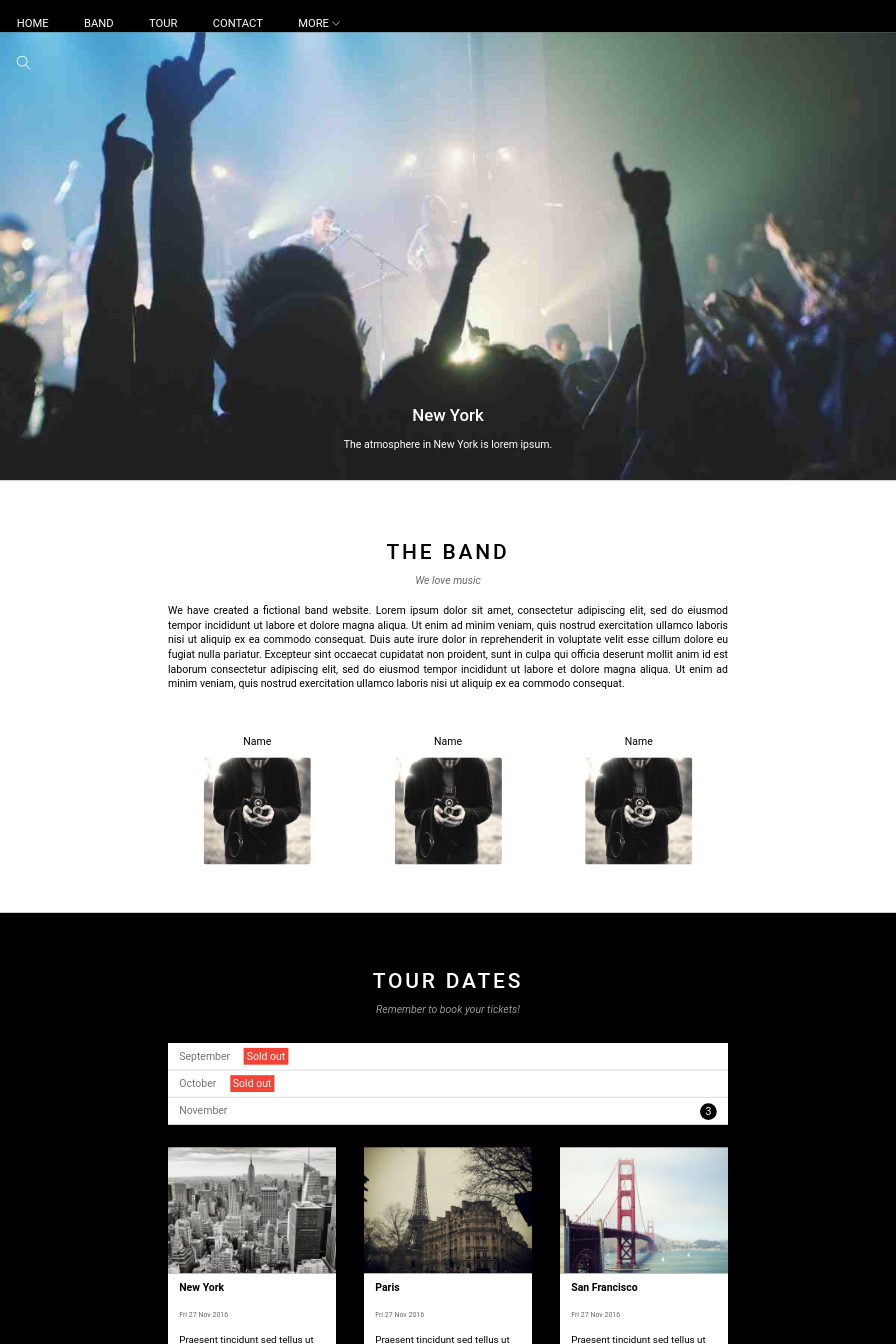
Repository: vuongld315/myLandingPage
Page: index.html
The author's editor kept a copy of each file at every save. The page is drawn from the files as they stood at one save, then again after a run of saves.
The browser window is 1280 px wide. The pictures show the part of the page from y = 0 to 1920 px (the page is 3428 px tall), at 70% of full size.

Above is the page before, as saved 2022-07-29 12:55:54.

### index.html
<!DOCTYPE html>
<html lang="en">
<head>
    <meta charset="UTF-8">
    <meta http-equiv="X-UA-Compatible" content="IE=edge">
    <meta name="viewport" content="width=device-width, initial-scale=1.0">
    <title>Document</title>
    <link rel="stylesheet" href="./assets/css/base.css">
    <link rel="stylesheet" href="./assets/css/main.css">
    <link rel="stylesheet" href="./assets/css/responsive.css">
    <link rel="stylesheet" href="./assets/fonts/themify-icons/themify-icons.css">
</head>
<body>
    <div id="main">
        <div id="header">
            <div id="nav">
                <ul>
                    <li><a href="">Home</a></li>
                    <li><a href="">Band</a></li>
                    <li><a href="">Tour</a></li>
                    <li><a href="">Contact</a></li>
                    <li>
                        <a href="#">
                            More
                            <i class="nav-arrow-down ti-angle-down"></i>
                        </a>
                        <ul class="subnav">
                            <li><a href="">Merchadise</a></li>
                            <li><a href="">Extras</a></li>
                            <li><a href="">Media</a></li>
                        </ul>
                    </li>
                </ul>
            </div>
            <div class="search-btn">
                <i class="search-icon ti-search"></i>
            </div>
        </div>

        <div id="slider">
            <div class="slider-faded">
                <img src="/assets/img/slider1.jpg" alt="">
                <div class="text-content">
                    <h2 class="text-heading">Chicago</h2>
                    <div class="text-desciption">Thank you, Chicago - A night we won't forget.</div>
                </div>
            </div>
            <div class="slider-faded">
                <img src="/assets/img/slider2.jpg" alt="">
                <div class="text-content">
                    <h2 class="text-heading">Los Angeles</h2>
                    <div class="text-desciption">We had the best time playing at Venice Beach!</div>
                </div>
            </div>
            <div class="slider-faded">
                <img src="/assets/img/slider3.jpg" alt="">
                <div class="text-content">
                    <h2 class="text-heading">New York</h2>
                    <div class="text-desciption">The atmosphere in New York is lorem ipsum.</div>
                </div>
            </div>
        </div>
        <div id="content">
            <!-- About section -->
            <div class="content-section">
                <h2 class="section-heading">THE BAND</h2>
                <p class="section-sub-heading">We love music</p>
                <p class="about-text">We have created a fictional band website. Lorem ipsum dolor sit amet, consectetur adipiscing elit, sed do eiusmod tempor incididunt ut labore et dolore magna aliqua. Ut enim ad minim veniam, quis nostrud exercitation ullamco laboris nisi ut aliquip ex ea commodo consequat. Duis aute irure dolor in reprehenderit in voluptate velit esse cillum dolore eu fugiat nulla pariatur. Excepteur sint occaecat cupidatat non proident, sunt in culpa qui officia deserunt mollit anim id est laborum consectetur adipiscing elit, sed do eiusmod tempor incididunt ut labore et dolore magna aliqua. Ut enim ad minim veniam, quis nostrud exercitation ullamco laboris nisi ut aliquip ex ea commodo consequat.</p>
                <div class="member-list">
                    <div class="member-item">
                        <p class="member-name">Name</p>
                        <div class="member-img">
                          <img src="./assets/img/bandmember.jpg" alt="" class="member-avata">
                        </div>
                    </div>
                    <div class="member-item">
                        <p class="member-name">Name</p>
                        <div class="member-img">
                          <img src="./assets/img/bandmember.jpg" alt="" class="member-avata">
                        </div>
                    </div>
                    <div class="member-item">
                        <p class="member-name">Name</p>
                        <div class="member-img">
                          <img src="./assets/img/bandmember.jpg" alt="" class="member-avata">
                        </div>
                    </div>
                </div>
            </div>
            <!-- Tour-section -->
            <div class="tour-section" id = "section2">
                <div class="content-section">
                    <h2 class="section-heading text-white">TOUR DATES</h2>
                    <p class="section-sub-heading text-white">Remember to book your tickets!</p>
                    <ul class="ticket-list">
                        <li>September <span class="sold-out">Sold out</span></li>
                        <li>October <span class="sold-out">Sold out</span></li>
                        <li>November <span class="quantity">3</span></li>
                    </ul>
                    <div class="tour-list-items">
                        <div class="tour-list-item">
                            <img src="./assets/img/newyork.jpg" alt="" class="tour-item-img">
                            <div class="tour-list-container">
                                <h2 class="tour-item-country">New York</h2>
                                <div class="tour-list-time">Fri 27 Nov 2016</div>
                                <p class="tour-list-text">Praesent tincidunt sed tellus ut rutrum sed vitae justo.</p>
                                <a href="#section2" class="tour-list-buttom text-white">Buy Tickets</a>
                            </div>
                        </div>
                        <div class="tour-list-item">
                            <img src="./assets/img/paris.jpg" alt="" class="tour-item-img">
                            <div class="tour-list-container">
                                <h2 class="tour-item-country">Paris</h2>
                                <div class="tour-list-time">Fri 27 Nov 2016</div>
                                <p class="tour-list-text">Praesent tincidunt sed tellus ut rutrum sed vitae justo.</p>
                                <a href="#section2" class="tour-list-buttom text-white">Buy Tickets</a>
                            </div>
                        </div>
                        <div class="tour-list-item">
                            <img src="./assets/img/sanfran.jpg" alt="" class="tour-item-img">
                            <div class="tour-list-container">
                                <h2 class="tour-item-country">San Francisco</h2>
                                <div class="tour-list-time">Fri 27 Nov 2016</div>
                                <p class="tour-list-text">Praesent tincidunt sed tellus ut rutrum sed vitae justo.</p>
                                <a href="#section2" class="tour-list-buttom text-white">Buy Tickets</a>
                            </div>
                        </div>
                    </div>
                </div>
            </div>
            <!-- modal -->
            <div class="modal">
                <div class="modal-container">
                    <div class="modal-close">
                        <i class="ti-close"></i>
                    </div>
                    <div class="modal-header text-white">
                        <i class="ti-bag">
                            Tickets
                        </i>
                    </div>
                    <div class="modal-body">
                        <label for="ticket-quantity" class="modal-label">
                            <i class="ti-shopping-cart"></i>
                            Tickets, $15 per person
                        </label>
                        <input id="ticket-quantity" type="text" class="modal-input" placeholder="How many">
                        <label for="ticket-email" class="modal-label">
                            <i class="ti-user"></i>
                            Send To
                        </label>
                        <input id="ticket-email" type="text" class="modal-input" placeholder="Enter email">
                        <button id="buy-tickets">
                            Pay
                            <i class="ti-check"></i>
                        </button>
                    </div>
                    <div class="modal-footer">
                        <p class="modal-help">Need <a href="">help</a></p>
                    </div>
                </div>
            </div>
             <!-- Contact-section -->
            <div class="content-section">
                <h2 class="section-heading">CONTACT</h2>
                <p class="section-sub-heading">Fan? Drop a note!!</p>
                <div class="row">
                    <div class="col col-half">
                        <p><i class="ti-location-pin"></i>Chicago, US</p>
                        <p><i class="ti-mobile"></i>Phone: +00 151515</p>
                        <p><i class="ti-email"></i>Email: mail@mail.com</p>
                    </div>
                    <div class="col col-half">
                        <div class="col col-half-input">
                            <input type="text" placeholder="Name">
                            <input type="text" placeholder="Email">
                        </div>
                        <div class="col col-half-input-3">
                            <input type="text" placeholder="Message">
                        </div>
                    </div>
                </div>
                <div class="contact-button">
                   <p>SEND</p>
                </div>
            </div>
        </div>

        <div id="footer">
            <img src="./assets/img/map.jpg" alt="">
            <div class="footer-icon">
                <div class="footer-icon-list">
                    <div class="footer-icon-item">
                        <i class = "ti-facebook"></i>
                    </div>
                    <div class="footer-icon-item">
                        <i class = "ti-instagram"></i>
                    </div>
                    <div class="footer-icon-item">
                        <i class = "ti-dropbox"></i>
                    </div>
                    <div class="footer-icon-item">
                        <i class = "ti-twitter"></i>
                    </div>
                    <div class="footer-icon-item">
                        <i class = "ti-pinterest-alt"></i>
                    </div>
                    <div class="footer-icon-item">
                        <i class = "ti-linkedin"></i>
                    </div>
                </div>
            </div>
        </div>
    </div>
    <script src="./main.js"></script>
</body>
</html>

### assets/css/base.css
*   {
    box-sizing: inherit;
}

body    {
    padding-bottom:100px ;
}

html    {
    font-size: 62.5%;
    line-height: 1.6rem;
    font-family: 'Roboto', sans-serif;
    box-sizing: border-box;
}

.gird   {
    width: 1200px;
    max-width: 100%;
    margin: 0 auto;
}

.gird__full-width   {
    width: 100%;
}

.gird__row  {
    display: flex;
    flex-wrap: wrap;
}

### assets/css/main.css
body    {
    margin: 0;
    padding: 0;
}

#header {
    height: 46px;
    background-color: #000;
    /* display: flex;
    align-items: center;
    justify-content: space-between;
    flex-wrap: wrap; */
    position: fixed;
    top: 0;
    right: 0;
    left: 0;
    z-index: 1;
}

#nav ul {
    padding: 0;
}

#nav ul li {
    display: inline-block;
    position: relative;
}

#nav > ul > li > a   {
    color: #fff;
    text-transform: uppercase;
    padding: 0 24px;
    line-height: 46px;
    display: inline-block;
}

#nav li a   {
    text-decoration: none;
    font-size: 1.6rem;
    display: inline-block;

}

#nav .subnav li:hover,
#nav > ul > li:hover > a {
    color:#000;
    background-color: #ccc;

}

#nav > ul > li:hover .subnav    {
    display: block;
}

#nav .subnav    {
    display: none;
    position: absolute;
    background-color: #fff;
    width: 160px;
    box-shadow: 0 0 10px rgba(0 ,0 ,0 , .3);
}

#nav .subnav li {
    width: 100%;
    list-style: none;
    padding: 12px;

}

#nav .subnav a  {
    color: #000;
    font-size: 1.4rem;
}

.nav-arrow-down {
    font-size: 1.2rem;
}

#header .search-btn {
    font-size: 20px;
    color: #fff;
    padding: 13px 24px;
    height: 100%;
}

#header .search-btn:hover   {
    background-color: #f44336;
    cursor: pointer;
}

#slider {
    margin-top: 46px;
    position: relative;
    width: 100%;
}

.slider-faded img   {
    width: 100%;
}

.text-content  {
    position: absolute;
    color: #fff;
    bottom: 48px;
    width: 100%;
    text-align: center;
}

.text-heading   {
    font-weight: 500;
    font-size: 24px;
}

.text-desciption    {
    font-size: 15px;
    margin-top: 25px;
}
.text-white {
    color: #fff !important;
}

/* about section */

#content .content-section   {
    width: 800px;
    margin: 0 auto;
    padding: 64px 0;
}

#content .content-section .section-heading  {
    font-size: 30px;
    font-weight: 500;
    text-align: center;
    letter-spacing: 4px;
}

#content .content-section .section-sub-heading  {
    font-size: 15px;
    text-align: center;
    margin-top: 25px;
    font-style: italic;
    opacity: 0.6;
}

#content .content-section .about-text   {
    text-align: justify;
    font-size: 15px;
    margin-top: 25px;
    line-height: 1.4;
}

#content .content-section .member-list  {
    margin-top: 48px;
    display: flex;
    justify-content: space-between;
    align-items: center;
}

#content .content-section .member-name  {
    font-size: 15px;
    text-align: center;
}

#content .content-section .member-img   {
    text-align: center;
}

#content .content-section .member-avata {
    width: 60%;
    border-radius: 4px;
}


/* tour section */

#content .tour-section  {
    background-color: #000;
}

#content .tour-section .ticket-list {
    background-color: #fff;
    margin-top: 40px;
    padding: 0;
}

#content .tour-section .ticket-list > li    {
    list-style: none;
    font-size: 15px;
    padding: 11px 16px;
    margin-left: 0;
    border-bottom: 1px solid #ccc;
    color: #757575;
}

#content .tour-section .ticket-list .sold-out   {
    background-color: #f44336;
    color: #fff;
    padding: 3px 4px;
    margin-left: 16px;
}

#content .tour-section .ticket-list .quantity   {
    float: right;
    width: 24px;
    height: 24px;
    background-color: #000;
    color: #fff;
    border-radius: 50%;
    text-align: center;
    line-height: 24px;
    margin-top: -3px;
}

#content .tour-section .tour-list-items  {
    background-color: #000;
    display: flex;
    justify-content: space-between;
    margin-top: 32px;
}

#content .tour-section .tour-list-item {
    width: 30%;
    height: 390px;
    display: flex;
    flex-direction: column;
}

/* <!-- Tour-section */
.tour-list-items    {
    margin-bottom: 40px;
}

.tour-item-img  {
    width: 100%;
}

.tour-item-img:hover    {
    opacity: 0.6;
}

.tour-list-container    {
    padding-left: 16px;
    background-color: #fff;
    height: 205px;
}

.tour-list-time {
    opacity: 0.6;
    padding: 10px 0 20px;
}

.tour-list-text {
    font-size: 1.4rem;
    margin-top: 0;
}

.tour-list-buttom   {
    padding: 11px 16px;
    text-decoration: none;
    background-color: #000;
    font-size: 1.4rem;
    margin-top: 15px;
    display: inline-block;

}

.tour-list-buttom:hover   {
    opacity: 0.6;
}

.modal  {
    position: fixed;
    top: 0;
    left: 0;
    bottom: 0;
    right: 0;
    background-color: rgba(0 ,0 ,0 , .4);
    display: none;
    justify-content: center;
    align-items: center;
}

.open   {
    display: flex;
}

.modal-container    {
    background-color: #fff;
    width: 900px;
    max-width: calc(100%-32px);
    min-height: 200px;
    position: relative;
}

.modal-close    {
    position: absolute;
    right: 0;
    top: 0;
    color: #ccc;
    padding: 12px;
    cursor: pointer;
}

.modal-close:hover  {
    opacity: 0.8;
    background-color: #757575;
}

.modal-header   {
    background-color: #009688;
    height: 130px;
    display: flex;
    justify-content: center;
    align-items: center;
    font-size: 30px;
    letter-spacing: 4px;
}

.modal-body {
    height: 240px;
    display: flex;
    flex-direction: column;
    padding: 0 16px;
    justify-content: space-around;
    margin-bottom: 40px;
}

.modal-label    {
    font-size: 1.5rem;
    font-weight: 500;
    margin-top: 18px;
}

.modal-input    {
    padding: 10px;
    font-size: 15px;
    border: 1px solid #ccc;
    margin-bottom: 20px;
}

#buy-tickets    {
    background-color: #009688;
    border: none;
    color: #fff;
    font-size: 15px;
    text-transform: uppercase;
    padding: 18px;
}

#buy-tickets:hover  {
    opacity: 0.8;
    cursor: pointer;
}

.modal-footer  {
    text-align: right;
    padding: 0 16px;
    font-size: 1.5rem;
    padding-bottom: 16px;
}

.modal-footer a     {
    color: #2196F3;
}

.row    {
    display: flex;
    justify-content: space-between;
    margin-top: 50px;
}

.col-half   {
    font-size: 1.5rem;
    font-weight: 500;
}

.col-half i {
    margin-right: 12px;
}

.col-half input {
    padding: 10px;
    margin: 10px 0;
    border: 1px solid #ccc;
}

.col-half-input-3 input   {
    width: 100%;
}

.contact-button p {
    font-size: 15px;
    padding: 18px;
    background-color: #000;
    color:#fff;
    display: block;
    float: right;
}

#footer {
    margin-top: 110px;
    margin-bottom: 70px;
    height: inherit;
}

#footer img{
    width: 100%;
}

.footer-icon-list   {
    display: flex;
}

### assets/css/responsive.css
/* PC */

@media (min-width: 1024px)  {

}


/* Tablet */

@media (min-width: 740px) and (max-width: 1023px)   {

}

/* Mobile */

@media (max-width: 740px)   {
    #header     {
        flex-wrap: wrap;
    }


   #nav > ul > li    {
        display: block;
    }

    #slider {
        width: 100%;
    }
}

### main.js
// slide
var slideIndex = 0;
var slides = document.querySelectorAll('.slider-faded');
function showSlides()   {
    for (var i = 0; i < slides.length; i++) {
        slides[i].style.display = "none";
    }
    slideIndex++;
    if (slideIndex > slides.length) {
        slideIndex = 1
    }
    slides[slideIndex-1].style.display = "block";
    setTimeout(showSlides, 2000);
}
showSlides();

// Open modal
var modal = document.querySelector('.modal');
var btns = document.querySelectorAll('.tour-list-buttom');
btns.forEach((btn,index) => {
    btn.onclick = function () {
        modal.style.display = "flex";
    }
})

// close modal
var close = modal.querySelector('.modal-close');
close.onclick = function () {
    modal.style.display = "none";
}
window.onclick = function (e)   {
    if (e.target == modal)  {
        modal.style.display = "none";
    }
}

Loaded but not shown: assets/fonts/themify-icons/themify-icons.css (common file)

After the next 4 saves:
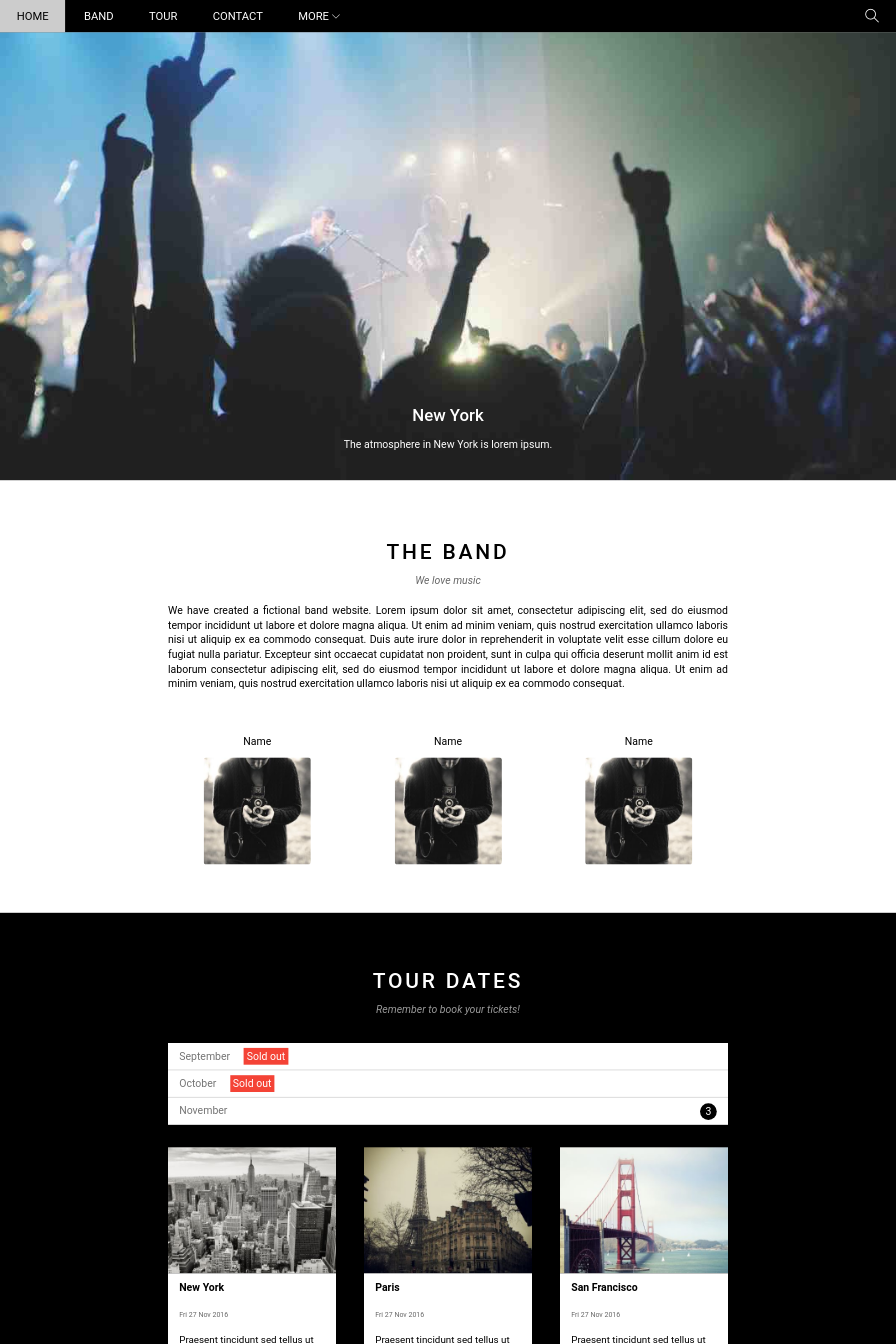
The 4 saves are shown as one change because they came seconds apart.
The last was saved 40 s later.
--- a/assets/css/main.css
+++ b/assets/css/main.css
@@ -6,10 +6,9 @@ body    {
 #header {
     height: 46px;
     background-color: #000;
-    /* display: flex;
+    display: flex;
     align-items: center;
     justify-content: space-between;
-    flex-wrap: wrap; */
     position: fixed;
     top: 0;
     right: 0;
